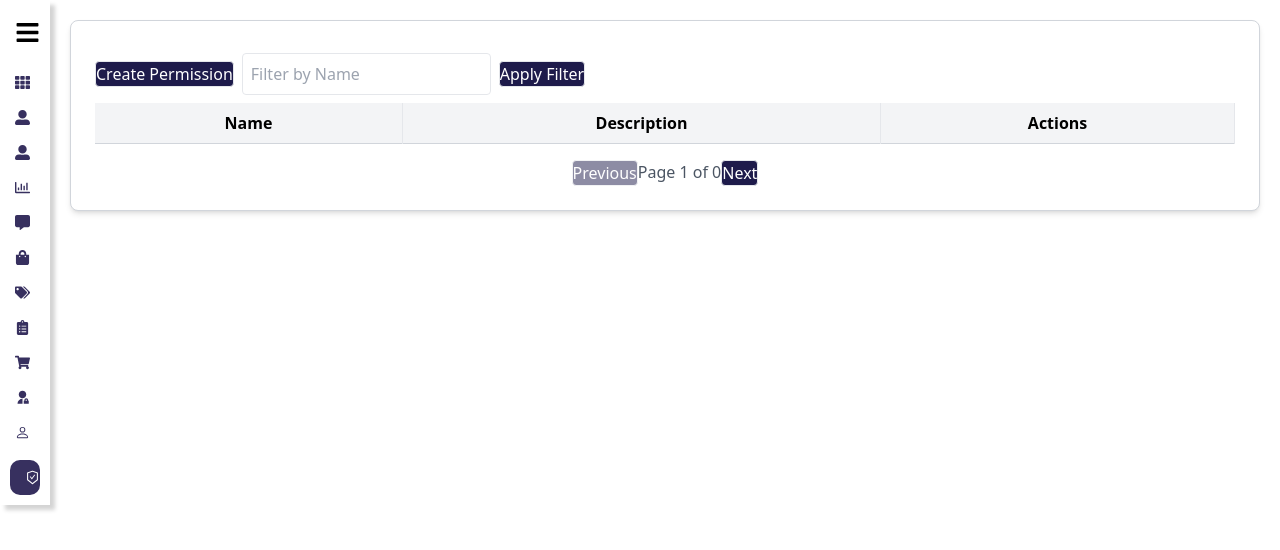
Repository: Andarg01/Admin
Page: /permission
The author's editor kept a copy of each file at every save. The page is drawn from the files as they stood at one save, then again after the next save.
The browser window is 1280 px wide. The pictures show the whole page.
The page's requests for data from a server got no answer. The project was rebuilt for these pictures with package versions that can differ from the ones it lists, and the page was loaded fresh each time. No one was signed in, and anything a server would have sent is missing. Also part of the build but not shown: src/styles/analytics.css, src/pages/Analytics.tsx, src/pages/Dashboard.tsx, src/styles/productList.css, src/components/OrderModal.tsx, src/components/OrderTable.tsx, src/pages/Orders.tsx, src/components/CategoryModal.tsx and 16 more.

Above is the page before, as saved 2024-02-29 04:58:36.

After the next save:
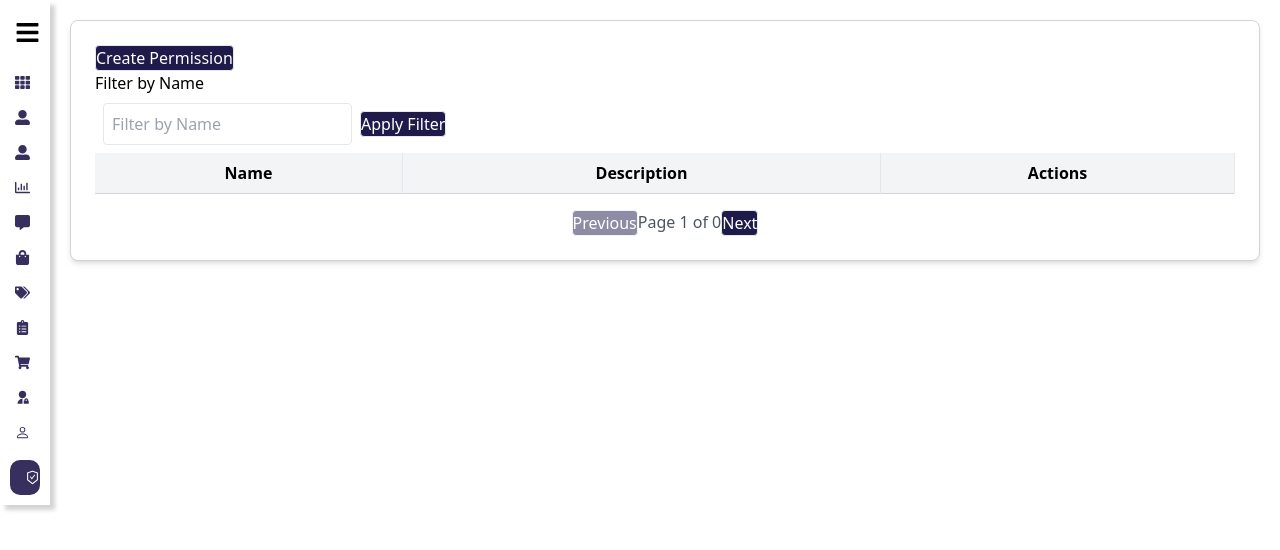
Saved 3 min 13 s later.
--- a/src/components/PermissionTable.tsx
+++ b/src/components/PermissionTable.tsx
@@ -92,6 +92,9 @@ const PermissionTable: React.FC = () => {
         >
           Create Permission
         </button>
+        </div>
+        <div className="justify-end">
+        <p>Filter by Name</p>
         <input
           type="text"
           placeholder="Filter by Name"
